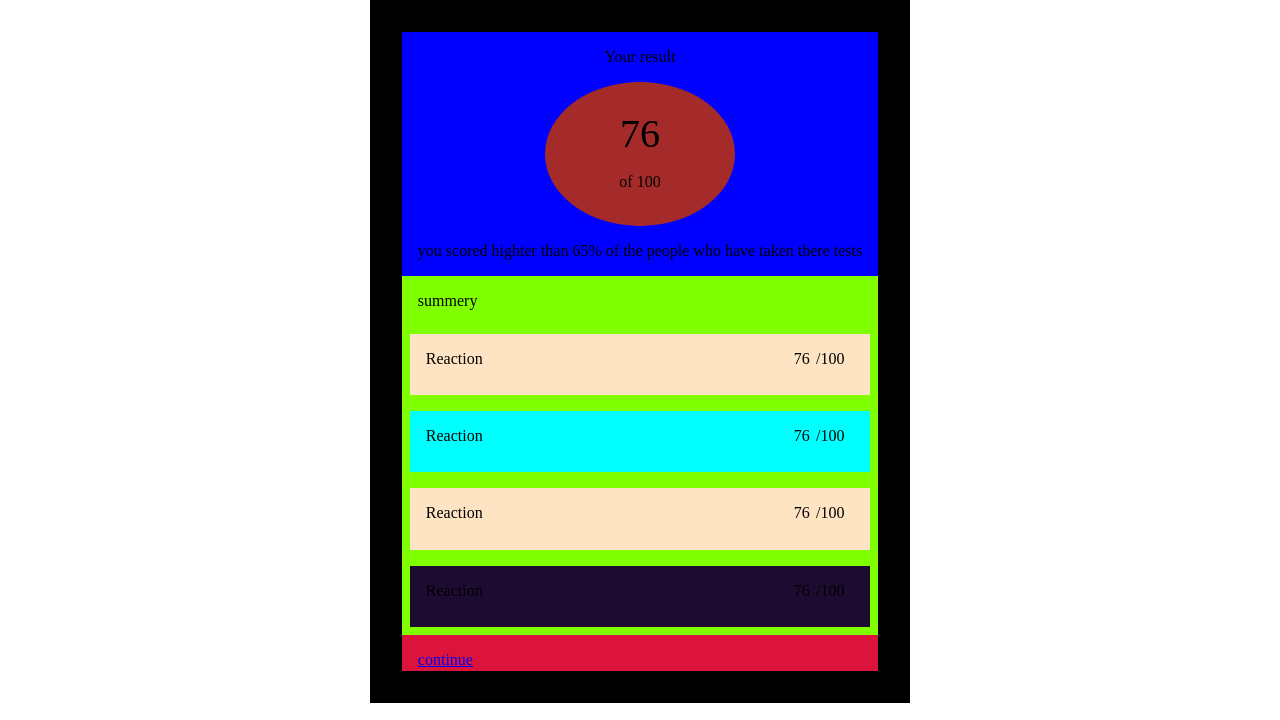
Repository: rahanwz/Card2-raha
Page: card2.html
These files come from the project's save history. The page is drawn as it stood at one moment and after a run of saves; the edit follows.
The browser window is 1280 px wide. The pictures show the whole page.

Above is the page before, as saved 2024-02-20 16:49:49.

### card2.html
<!DOCTYPE html>
<html lang="en">
  <head>
    <meta charset="UTF-8" />
    <meta name="viewport" content="width=device-width, initial-scale=1.0" />
    <title>Document</title>
    <link rel="stylesheet" href="card2.css" />
  </head>
  <body>
    <div class="container">
      <div class="card_container">
        <div class="top_card">
          <p>Your result</p>
          <div class="present">
            <p>76</p>
            <p>of 100</p>
          </div>
          <p class="describ">
            you scored highter than 65% of the people who have taken there tests
          </p>
        </div>
        <div class="bottom_card">
          <p>summery</p>
          <div class="box box1">
            <p>Reaction</p>
            <div class="number">
              <p>
                <span style="width: 50%; padding: 1rem; margin-top: -1rem"
                  >76</span
                ><span>/</span>100
              </p>
            </div>
          </div>
          <div class="box box2">
            <p>Reaction</p>
            <div class="number">
              <p>
                <span style="width: 50%; padding: 1rem; margin-top: -1rem"
                  >76</span
                ><span>/</span>100
              </p>
            </div>
          </div>

          <div class="box box1">
            <p>Reaction</p>
            <div class="number">
              <p>
                <span style="width: 50%; padding: 1rem; margin-top: -1rem"
                  >76</span
                ><span>/</span>100
              </p>
            </div>
          </div>
          <div class="box box3">
            <p>Reaction</p>
            <div class="number">
              <p>
                <span style="width: 50%; padding: 1rem; margin-top: -1rem"
                  >76</span
                ><span>/</span>100
              </p>
            </div>
          </div>
        </div>
        <div class="box5">
        <a href="#">continue</a>
        </div>
      </div>
    </div>
  </body>
</html>

### card2.css
* {
  padding: 0;
  margin: 0;
  box-sizing: border-box;
}
body {
  display: flex;
  justify-content: center;
}
.container {
  background-color: black;
  padding: 2rem;
}
.card_container {
  background-color: aquamarine;
}
.card_container {
  text-align: center;
}

.top_card :first-child {
  padding: 1rem;
}
.present :first-child {
  font-size: 2.5rem;
  padding-top: 1.75rem;
}

.present {
  background-color: #f57d1f;
  height: 20vh;
  width: 40%;
  border-radius: 100%;
  background-color: brown;
  margin: auto;
}

.describ {
  padding: 1rem;
}

.top_card {
  background-color: blue;
}

.bottom_card :first-child {
  padding:1rem 1rem;
  display: flex;
}

.bottom_card {
  background-color: chartreuse;
}

.bottom_card .box {
  display: flex;
  padding: 0.5rem;
}

.box1 p {
  background-color: bisque;
  width: 100%;
  height: 8.5vh;
}

.box2 p {
  background-color: cyan;
  width: 100%;
  height: 8.5vh;
}
.box3 p {
  background-color: rgb(30, 11, 50);
  width: 100%;
  height: 8.5vh;
}
.box4 p {
  background-color: rgb(255, 70, 2);
  width: 100%;
  height: 8.5vh;
}

.number {
  display: flex;
}


a{
  width:100%;
height:5vh;
 display: flex;
 padding: 1rem;
background-color: crimson;
}

.box{


}

After the next 2 saves:
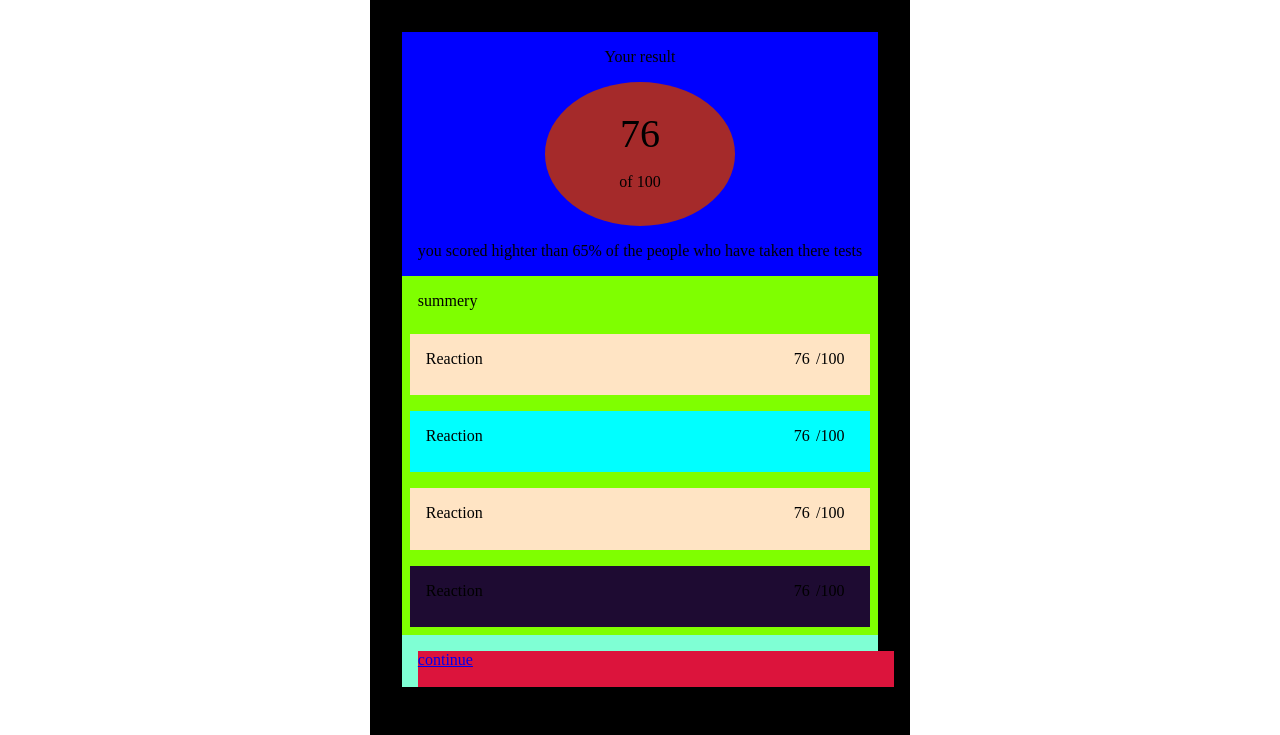
The 2 saves are shown as one change because they came seconds apart.
The last was saved 11 s later.
--- a/card2.css
+++ b/card2.css
@@ -88,7 +88,7 @@
   width:100%;
 height:5vh;
  display: flex;
- padding: 1rem;
+ margin: 1rem;
 background-color: crimson;
 }
 

After the save that followed:
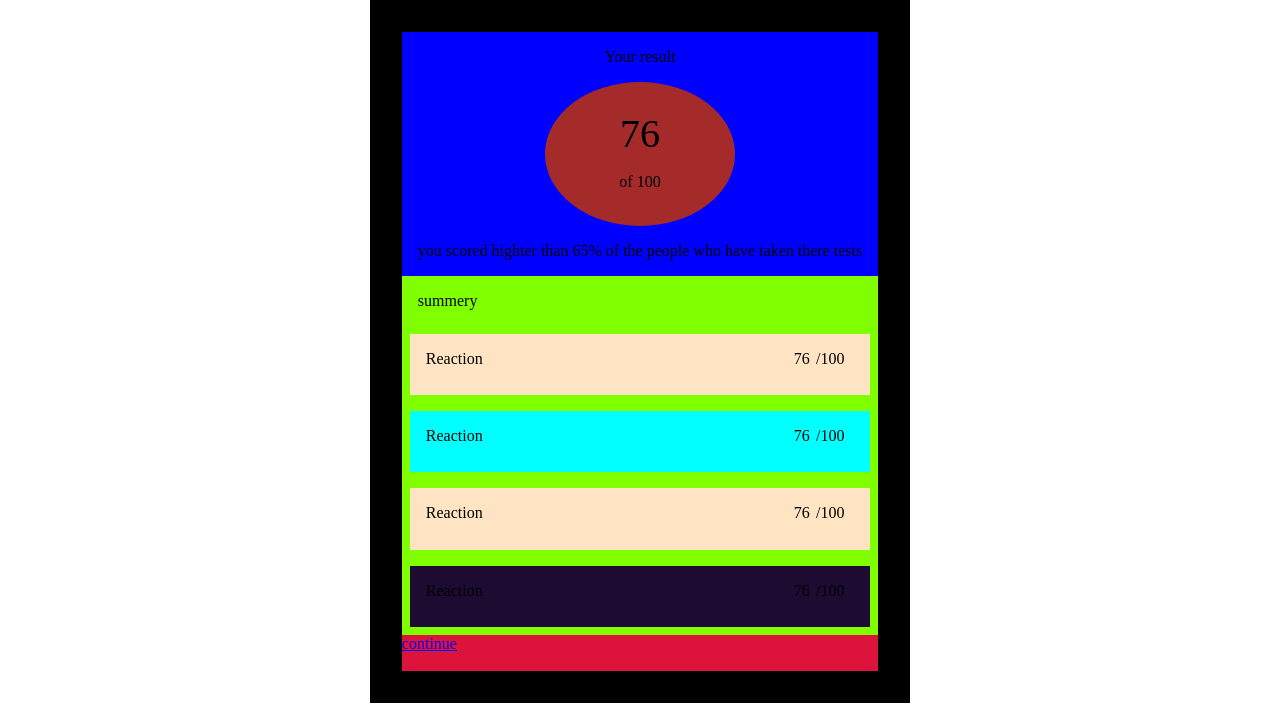
Saved 11 s later.
--- a/card2.css
+++ b/card2.css
@@ -88,7 +88,7 @@
   width:100%;
 height:5vh;
  display: flex;
- margin: 1rem;
+ margin:auto;
 background-color: crimson;
 }
 
